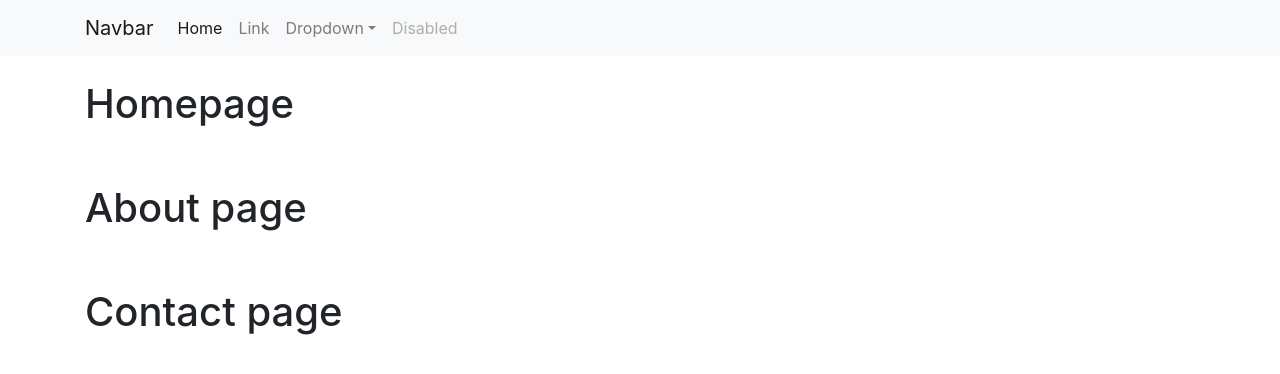
Repository: hardik2626/reactcrud2020
Page: /
An editor plug-in stored every save of this project. The page is shown before and after the next save, followed by the edit.
The browser window is 1280 px wide. The pictures show the whole page.
The project was rebuilt for these pictures with package versions that can differ from the ones it lists, and the page was loaded fresh each time. Also part of the build but not shown: src/index.css, src/App.css.

Above is the page before, as saved 2020-10-28 17:44:31.

After the next save:
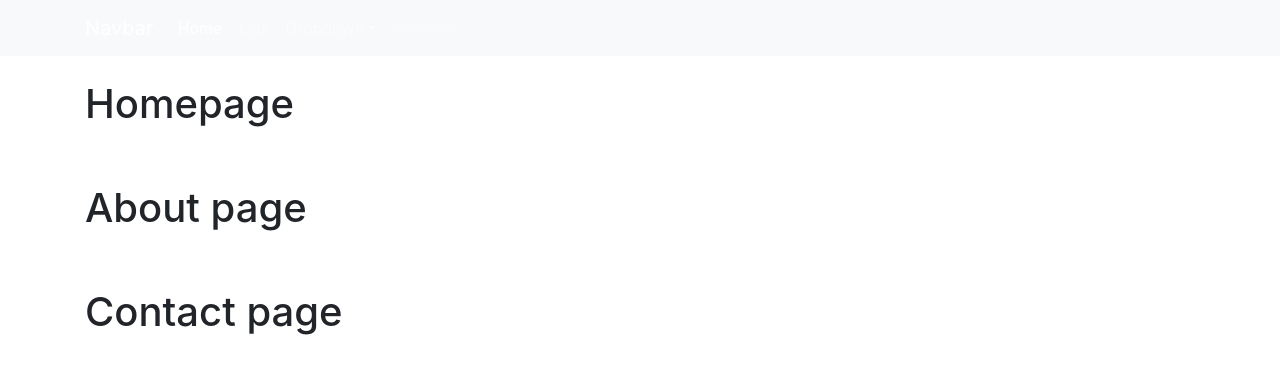
Saved 17 s later.
--- a/src/component/layout/Navbar.js
+++ b/src/component/layout/Navbar.js
@@ -3,7 +3,7 @@ import React from 'react'
 const Navbar = () => {
     return (
         <>
-            <nav class="navbar navbar-expand-lg navbar-light bg-light">
+            <nav class="navbar navbar-expand-lg navbar-dark bg-light">
                 <div className="container">
                 <a class="navbar-brand" href="#">Navbar</a>
                     <button class="navbar-toggler" type="button" data-toggle="collapse" data-target="#navbarSupportedContent" aria-controls="navbarSupportedContent" aria-expanded="false" aria-label="Toggle navigation">
